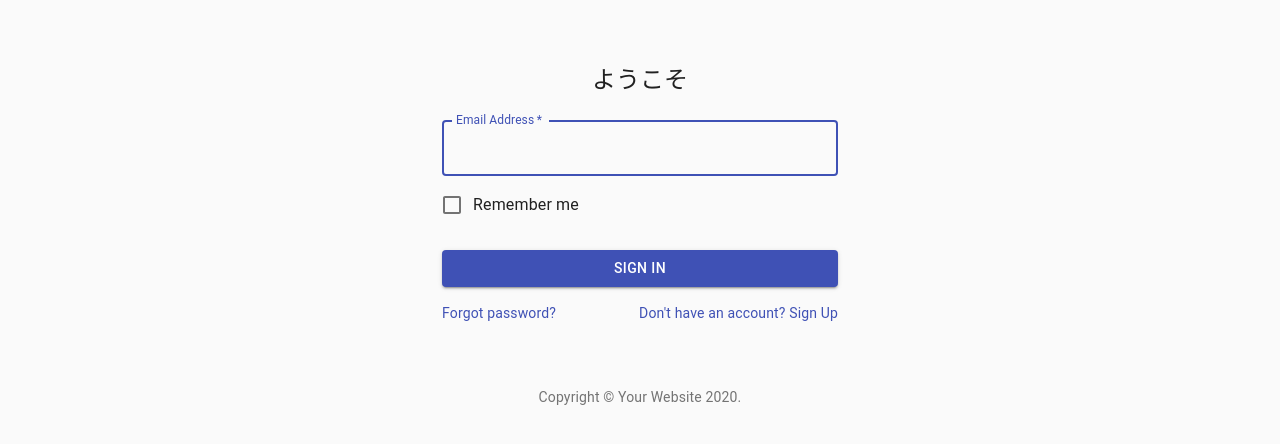
Repository: Yamayu08/idobatakaigi
Page: /
These files come from the project's save history. The page is drawn as it stood at one moment and after the next save; the edit follows.
The browser window is 1280 px wide. The pictures show the whole page.
The project was rebuilt for these pictures with package versions that can differ from the ones it lists, and the page was loaded fresh each time.

Above is the page before, as saved 2021-02-18 02:21:39.

### src/components/App.js
import React from 'react';
import SignIn from './SignIn';

export default () => {
  return <SignIn />
};

### src/components/SignIn.js
import React from 'react';
import Avatar from '@material-ui/core/Avatar';
import Button from '@material-ui/core/Button';
import CssBaseline from '@material-ui/core/CssBaseline';
import TextField from '@material-ui/core/TextField';
import FormControlLabel from '@material-ui/core/FormControlLabel';
import Checkbox from '@material-ui/core/Checkbox';
import Link from '@material-ui/core/Link';
import Grid from '@material-ui/core/Grid';
import Box from '@material-ui/core/Box';
import LockOutlinedIcon from '@material-ui/icons/LockOutlined';
import Typography from '@material-ui/core/Typography';
import { makeStyles } from '@material-ui/core/styles';
import Container from '@material-ui/core/Container';

function Copyright() {
  return (
    <Typography variant="body2" color="textSecondary" align="center">
      {'Copyright © '}
      <Link color="inherit" href="https://material-ui.com/">
        Your Website
      </Link>{' '}
      {new Date().getFullYear()}
      {'.'}
    </Typography>
  );
}

const useStyles = makeStyles((theme) => ({
  paper: {
    marginTop: theme.spacing(8),
    display: 'flex',
    flexDirection: 'column',
    alignItems: 'center',
  },
  avatar: {
    margin: theme.spacing(1),
    backgroundColor: theme.palette.secondary.main,
  },
  form: {
    width: '100%', // Fix IE 11 issue.
    marginTop: theme.spacing(1),
  },
  submit: {
    margin: theme.spacing(3, 0, 2),
  },
}));

export default function SignIn() {
  const classes = useStyles();

  return (
    <Container component="main" maxWidth="xs">
      <CssBaseline />
      <div className={classes.paper}>
        <Typography component="h1" variant="h5">
          ようこそ
        </Typography>
        <form className={classes.form} noValidate>
          <TextField
            variant="outlined"
            margin="normal"
            required
            fullWidth
            id="email"
            label="Email Address"
            name="email"
            autoComplete="email"
            autoFocus
          />
          <FormControlLabel
            control={<Checkbox value="remember" color="primary" />}
            label="Remember me"
          />
          <Button
            type="submit"
            fullWidth
            variant="contained"
            color="primary"
            className={classes.submit}
          >
            Sign In
          </Button>
          <Grid container>
            <Grid item xs>
              <Link href="#" variant="body2">
                Forgot password?
              </Link>
            </Grid>
            <Grid item>
              <Link href="#" variant="body2">
                {"Don't have an account? Sign Up"}
              </Link>
            </Grid>
          </Grid>
        </form>
      </div>
      <Box mt={8}>
        <Copyright />
      </Box>
    </Container>
  );
}

Loaded but not shown: public/index.html (common file); src/index.js (common file); src/index.css (common file)

After the next save:
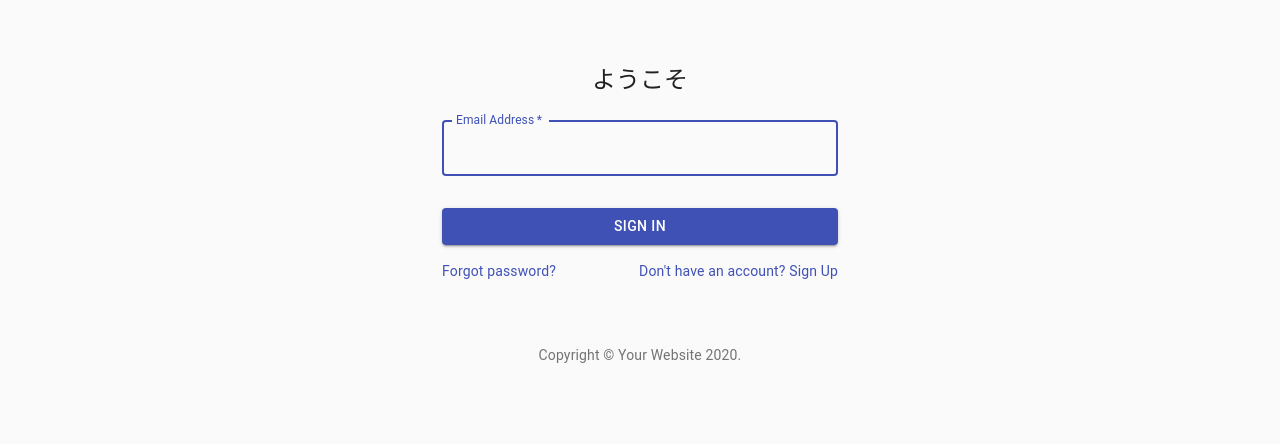
Saved 39 s later.
--- a/src/components/SignIn.js
+++ b/src/components/SignIn.js
@@ -68,10 +68,6 @@ export default function SignIn() {
             autoComplete="email"
             autoFocus
           />
-          <FormControlLabel
-            control={<Checkbox value="remember" color="primary" />}
-            label="Remember me"
-          />
           <Button
             type="submit"
             fullWidth
